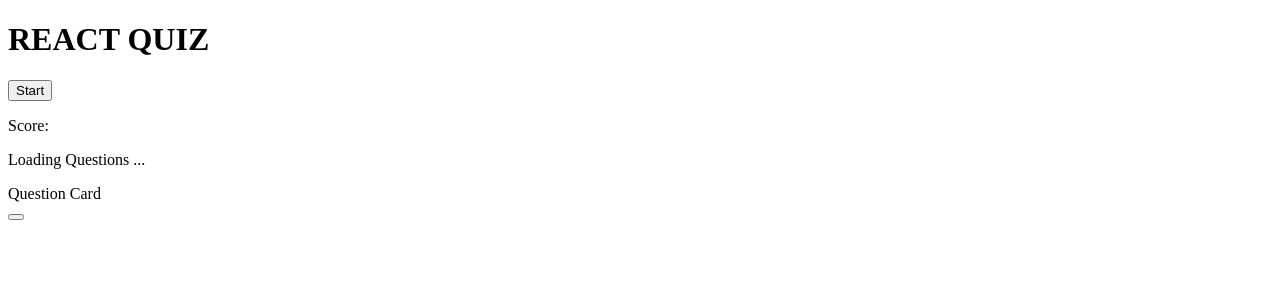
Repository: akinsikuoluwafemi/questions-typescript
Page: /
These files come from the project's save history. The page is drawn as it stood at one moment and after the next save; the edit follows.
The browser window is 1280 px wide. The pictures show the whole page.
The project was rebuilt for these pictures with package versions that can differ from the ones it lists, and the page was loaded fresh each time.

Above is the page before, as saved 2021-03-03 16:47:18.

### public/index.html
<!DOCTYPE html>
<html lang="en">
  <head>
    <meta charset="utf-8" />
    <link rel="icon" href="%PUBLIC_URL%/favicon.ico" />
    <meta name="viewport" content="width=device-width, initial-scale=1" />
    <meta name="theme-color" content="#000000" />
    <meta
      name="description"
      content="Web site created using create-react-app"
    />
    <link rel="preconnect" href="https://fonts.gstatic.com" />
    <link
    href="https://fonts.googleapis.com/css2?family=Catamaran:wght@700&family=Lato&display=swap"
    rel="stylesheet"
  />

    <link rel="apple-touch-icon" href="%PUBLIC_URL%/logo192.png" />
    <!--
      manifest.json provides metadata used when your web app is installed on a
      user's mobile device or desktop. See https://developers.google.com/web/fundamentals/web-app-manifest/
    -->
    <link rel="manifest" href="%PUBLIC_URL%/manifest.json" />
    <!--
      Notice the use of %PUBLIC_URL% in the tags above.
      It will be replaced with the URL of the `public` folder during the build.
      Only files inside the `public` folder can be referenced from the HTML.

      Unlike "/favicon.ico" or "favicon.ico", "%PUBLIC_URL%/favicon.ico" will
      work correctly both with client-side routing and a non-root public URL.
      Learn how to configure a non-root public URL by running `npm run build`.
    -->
    <title>React App</title>
  </head>
  <body>
    <noscript>You need to enable JavaScript to run this app.</noscript>
    <div id="root"></div>
    <!--
      This HTML file is a template.
      If you open it directly in the browser, you will see an empty page.

      You can add webfonts, meta tags, or analytics to this file.
      The build step will place the bundled scripts into the <body> tag.

      To begin the development, run `npm start` or `yarn start`.
      To create a production bundle, use `npm run build` or `yarn build`.
    -->
  </body>
</html>

### src/App.tsx
import React from 'react';
import QuestionCard from './components/QuestionCard';



const App =  () =>  {

    const startTrivia = async () => {

    }

    const checkAnswer = (e: React.MouseEvent<HTMLButtonElement>) => {

    }

    const nextQuestion = () => {

    }

    return (
        <div className="App">
            <h1>REACT QUIZ</h1>
            <button className="start" onClick={startTrivia}>
                Start
            </button>
            <p className="score">Score:</p>
            <p>Loading Questions ...</p>
            <QuestionCard />
            <button className="next" onClick={nextQuestion}>

            </button>
        </div>
    )
}


export default App;

### src/components/QuestionCard.tsx
import React from 'react';

const QuestionCard = () => <div>Question Card</div>;


export default QuestionCard;

Loaded but not shown: src/index.tsx (common file)

After the next save:
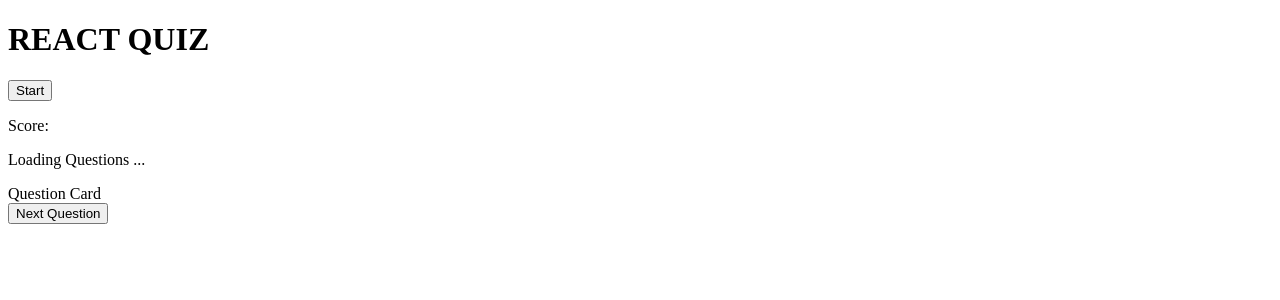
Saved 5 s later.
--- a/src/App.tsx
+++ b/src/App.tsx
@@ -27,7 +27,7 @@
             <p>Loading Questions ...</p>
             <QuestionCard />
             <button className="next" onClick={nextQuestion}>
-
+                Next Question
             </button>
         </div>
     )
